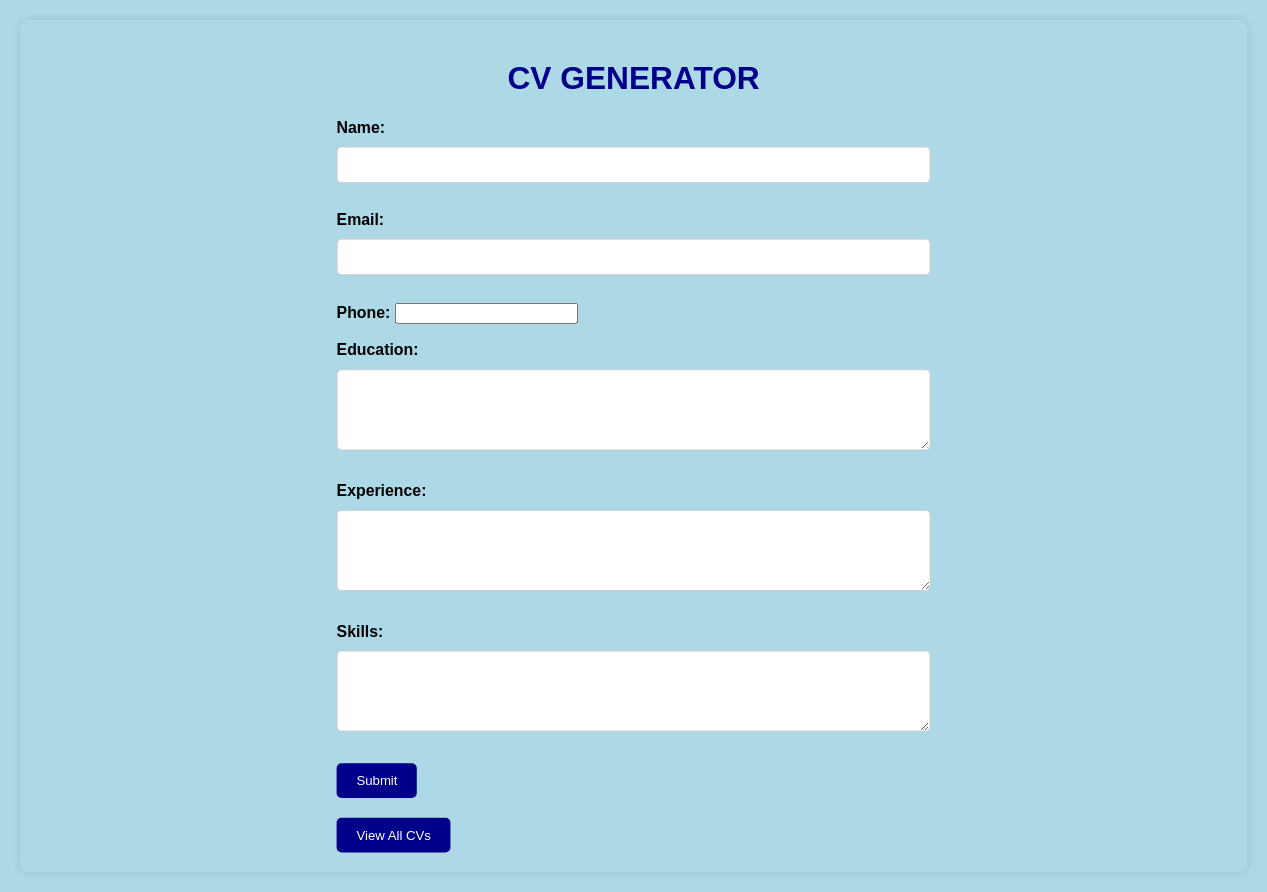
Repository: Arisha004/CV-generator
Page: index.html
The author's editor kept a copy of each file at every save. The page is drawn from the files as they stood at one save, then again after a run of saves.
The browser window is 1280 px wide. The pictures show the whole page, at 99% of full size.

Above is the page before, as saved 2025-10-14 00:37:15.

### index.html
<!DOCTYPE html>
<html lang="en">
<head>
    <meta charset="UTF-8">
    <meta name="viewport" content="width=device-width, initial-scale=1.0">
    <title>Document</title>
    <link rel="stylesheet" href="style.css">
</head>
<body>
    <h1> CV GENERATOR </h1>
    <form id="cv" action="insert.php" method="post">
        <label for="name">Name:</label>
        <input type="text" id="name" name="name" required><br><br>

        <label for="email">Email:</label>
        <input type="email" id="email" name="email" required><br><br>

        <label for="phone">Phone:</label>
        <input type="tel" id="phone" name="phone" required><br><br>

        <label for="education">Education:</label><br>
        <textarea id="education" name="education" rows="4" cols="50" required></textarea><br><br>

        <label for="experience">Experience:</label><br>
        <textarea id="experience" name="experience" rows="4" cols="50" required></textarea><br><br>

        <label for="skills">Skills:</label><br>
        <textarea id="skills" name="skills" rows="4" cols="50" required></textarea><br><br>

        <button type="submit" value="submit"> Submit </button>
    </form>

    <div style="margin-top: 20px;">
        <form id="cv" action="list.php" method="get">
      <button>  <a href="list.php">View All CVs</a></button></form>
    </div>
</body>
</html>

### style.css

body{
    background-color: lightblue;
    font-family: Arial, sans-serif;
    margin: 20px;
    padding: 20px;
    border-radius: 10px;
    box-shadow: 0 0 10px rgba(0, 0,0, 0.1);

}
h1{
    color: darkblue;
    text-align: center;
}
p{
    font-size: 16px;
    line-height: 1.5;
    color: #333;
}
a{
    color: darkblue;
    text-decoration: none;
}
a:hover{
    text-decoration: underline;
}
button{
    background-color: darkblue;
    color: white;
    border: none;
    padding: 10px 20px;
    border-radius: 5px;
    cursor: pointer;
}
button:hover{
    background-color: navy;
}
input[type="text"], input[type="email"], textarea{
    width: 100%;
    padding: 10px;
    margin: 10px 0;
    border: 1px solid #ccc;
    border-radius: 5px;
    box-sizing: border-box;
}
input[type="submit"]{
    background-color: darkblue;
    color: white;
    border: none;
    padding: 10px 20px;
    border-radius: 5px;
    cursor: pointer;
}
form{
    max-width: 600px;
    margin: auto;
}
label{
    font-weight: bold;
}
.container{
    max-width: 800px;
    margin: auto;
    padding: 20px;
    background-color: white;
    border-radius: 10px;
    box-shadow: 0 0 10px rgba(0, 0, 0, 0.1);
}
button a{
    color: white;

}

After the next 2 saves:
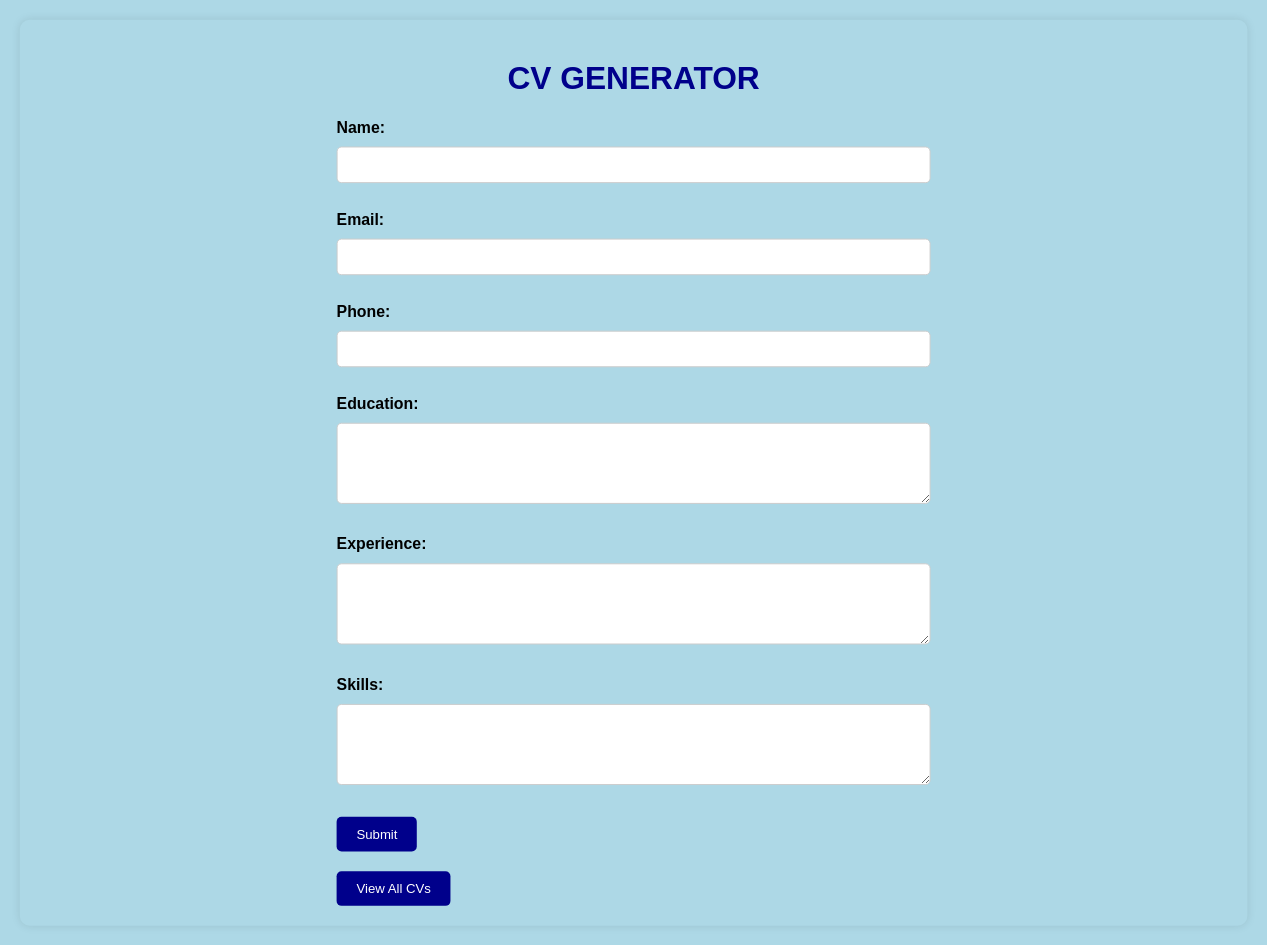
The 2 saves are shown as one change because they came seconds apart.
The last was saved 25 s later.
--- a/style.css
+++ b/style.css
@@ -35,7 +35,7 @@ button{
 button:hover{
     background-color: navy;
 }
-input[type="text"], input[type="email"], textarea{
+input[type="text"], input[type="email"], textarea,input[type="tel"]{
     width: 100%;
     padding: 10px;
     margin: 10px 0;
